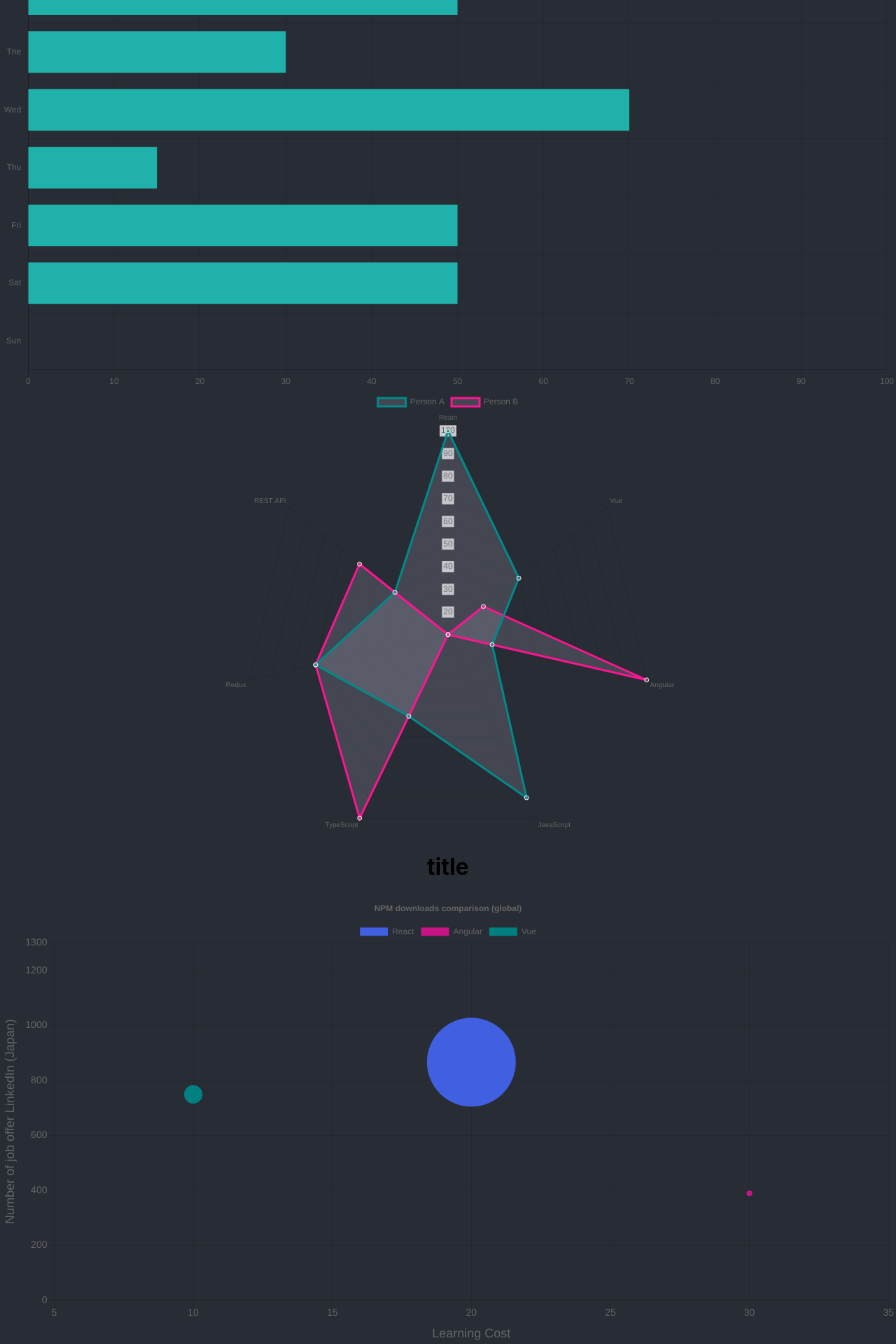
Repository: ShunsukeTanizaki/COVID19-Live
Page: /
The author's editor kept a copy of each file at every save. The page is drawn from the files as they stood at one save, then again after the next save.
The browser window is 1280 px wide. The pictures show the part of the page from y = 2642 to 4562 px (the page is 4562 px tall before and 4480 px after), at 70% of full size.
The project was rebuilt for these pictures with package versions that can differ from the ones it lists, and the page was loaded fresh each time.

Above is the page before, as saved 2020-11-06 01:03:10.

### src/App.tsx
import React from "react";
// import logo from "./logo.svg";
import "./App.css";
import LinePlot from "./components/LinePlot";
import PiePlot from "./components/PiePlot";
import BarPlot from "./components/BarPlot";
import RaderPlot from "./components/RaderPlot";
import BubblePlot from "./components/BubblePlot";

function App() {
    return (
        <div className="App">
            <LinePlot />
            <PiePlot />
            <BarPlot />
            <RaderPlot />
            <BubblePlot />
        </div>
    );
}

export default App;

### src/App.css
.App {
    background-color: #282c34;
    text-align: center;
}

.App-logo {
    height: 40vmin;
    pointer-events: none;
}

@media (prefers-reduced-motion: no-preference) {
    .App-logo {
        animation: App-logo-spin infinite 20s linear;
    }
}

.App-header {
    background-color: #282c34;
    min-height: 100vh;
    display: flex;
    flex-direction: column;
    align-items: center;
    justify-content: center;
    font-size: calc(10px + 2vmin);
    color: white;
}

.App-link {
    color: #61dafb;
}

@keyframes App-logo-spin {
    from {
        transform: rotate(0deg);
    }
    to {
        transform: rotate(360deg);
    }
}

### src/components/LinePlot.tsx
import React from "react";
import { Line } from "react-chartjs-2";

const data = {
    labels: ["Mon", "Tne", "Wed", "Thu", "Fri", "Sat", "Sun"],
    datasets: [
        {
            label: "Demo Line plot",
            backgroundColor: "#008080",
            borderColor: "#7fffd4",
            pointBorderWidth: 10,
            data: [1, 6, 9, 15, 30, 40, 80]
        }
    ]
};

const LinePlot: React.FC = () => {
    return (
        <div>
            <Line data={data} />
        </div>
    );
};

export default LinePlot;

### src/components/PiePlot.tsx
import React from "react";
import { Pie, Doughnut } from "react-chartjs-2";

const data = {
    labels: ["Windows", "Mac", "Linux"],
    datasets: [
        {
            data: [90, 7, 3],
            backgroundColor: ["#4196e1", "#ff1493", "#FFCE56"],
            hoverBackgroundColor: ["#36A2BE", "#FF6384", "#FFCE56"],
            borderColor: ["transparent", "transparent", "transparent"]
        }
    ]
};

const PiePlot: React.FC = () => {
    return (
        <div>
            <Pie data={data} />
            <Doughnut data={data} />
        </div>
    );
};

export default PiePlot;

### src/components/BarPlot.tsx
import React from "react";
import { Bar, HorizontalBar } from "react-chartjs-2";

const data = {
    labels: ["Mon", "Tne", "Wed", "Thu", "Fri", "Sat", "Sun"],
    datasets: [
        {
            labsl: "Demo bdr plot",
            backgroundColor: "#20b2aa",
            borderColor: "transParent",
            hoverBackgroundColor: "#5f9ea0",
            data: [50, 30, 70, 15, 50, 50, 0, 100]
        }
    ]
};

const BarPlot: React.FC = () => {
    return (
        <div>
            <Bar data={data} />
            <HorizontalBar data={data} />
        </div>
    );
};

export default BarPlot;

### src/components/RaderPlot.tsx
import React from "react";
import { Radar } from "react-chartjs-2";

const data = {
    labels: [
        "React",
        "Vue",
        "Angular",
        "JavaScript",
        "TypeScript",
        "Redux",
        "REST API"
    ],
    datasets: [
        {
            label: "Person A",
            backgroundColor: "rgba(179,181,198,0.2)",
            borderColor: "#008b8b",
            pointBackgloundColor: "#008b8b",
            pointBorderColor: "#fff",
            data: [100, 50, 30, 90, 50, 70, 40]
        },
        {
            label: "Person B",
            backgroundColor: "rgba(179,181,198,0.2)",
            borderColor: "#ff1493",
            pointBackgloundColor: "#ff1493",
            pointBorderColor: "#fff",
            data: [10, 30, 100, 10, 100, 70, 60]
        }
    ]
};
const RaderPlot: React.FC = () => {
    return (
        <div>
            <Radar data={data} />
        </div>
    );
};

export default RaderPlot;

### src/components/BubblePlot.tsx
import React from "react";
import { Bubble } from "react-chartjs-2";

const data = {
    datasets: [
        {
            label: "React",
            backgroundColor: "#4160e1",
            borderColor: "transparent",
            data: [{ x: 20, y: 866, r: 6350000 / 100000 }]
        },
        {
            label: "Angular",
            backgroundColor: "#c71585",
            borderColor: "transparent",
            data: [{ x: 30, y: 389, r: 410000 / 100000 }]
        },
        {
            label: "Vue",
            backgroundColor: "#008080",
            borderColor: "transparent",
            data: [{ x: 10, y: 749, r: 1320000 / 100000 }]
        }
    ]
};

const options = {
    title: {
        display: true,
        fontsize: 18,
        text: "NPM downloads comparison (global)"
    },
    scales: {
        yAxes: [
            {
                scaleLabel: {
                    display: true,
                    labelString: "Number of job offer LinkedIn (Japan)",
                    fontSize: 18
                },
                ticks: {
                    min: 0,
                    max: 1300,
                    fontSize: 14
                }
            }
        ],
        xAxes: [
            {
                scaleLabel: {
                    display: true,
                    labelString: "Learning Cost",
                    fontSize: 18
                },
                ticks: {
                    min: 5,
                    max: 35,
                    fontSize: 14
                }
            }
        ]
    }
};

const BubblePlot: React.FC = () => {
    return (
        <div>
            <h1>title</h1>
            <Bubble data={data} options={options} />
        </div>
    );
};

export default BubblePlot;

Loaded but not shown: public/index.html (common file); src/index.tsx (common file); src/index.css (common file); src/reportWebVitals.ts (common file)

After the next save:
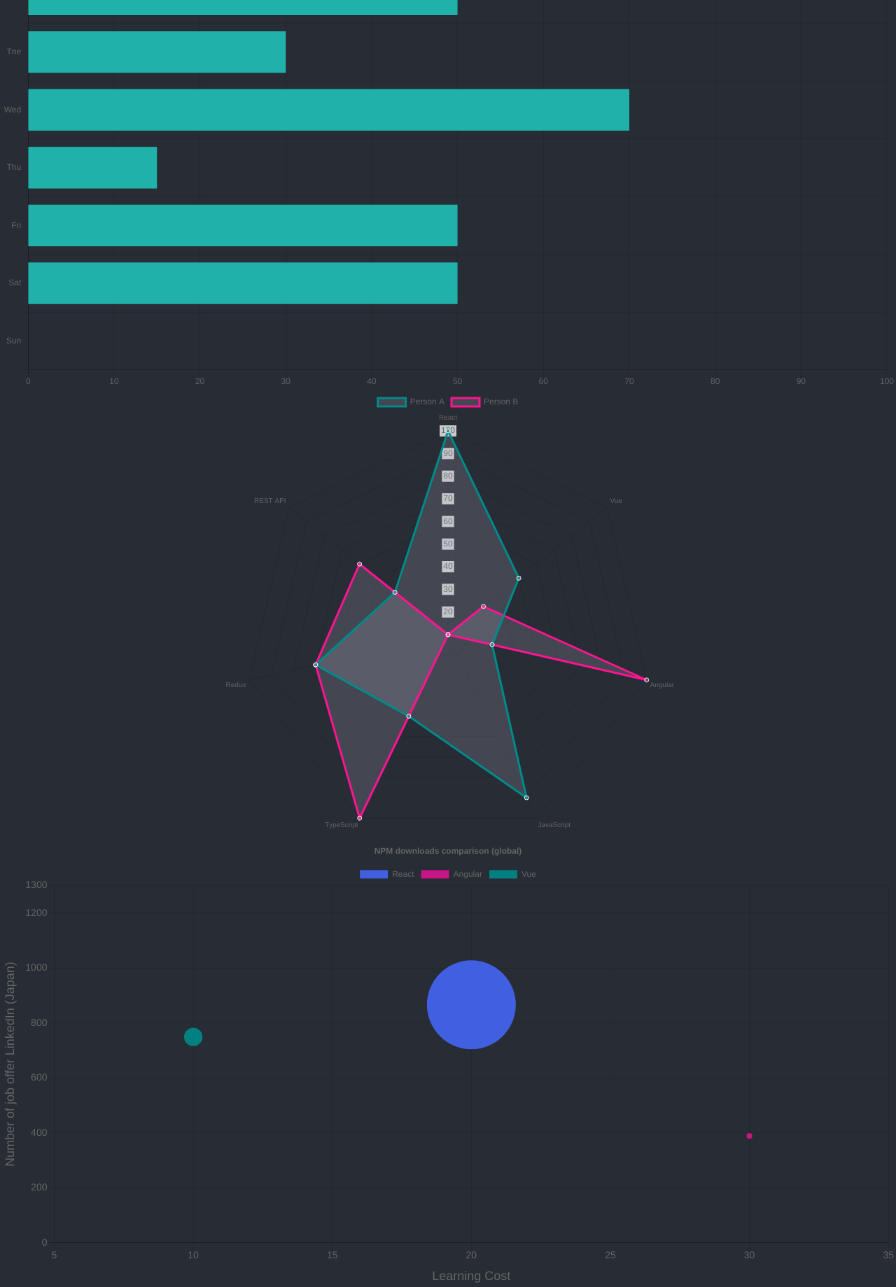
Saved 31 s later.
--- a/src/components/BubblePlot.tsx
+++ b/src/components/BubblePlot.tsx
@@ -65,7 +65,6 @@ const options = {
 const BubblePlot: React.FC = () => {
     return (
         <div>
-            <h1>title</h1>
             <Bubble data={data} options={options} />
         </div>
     );
